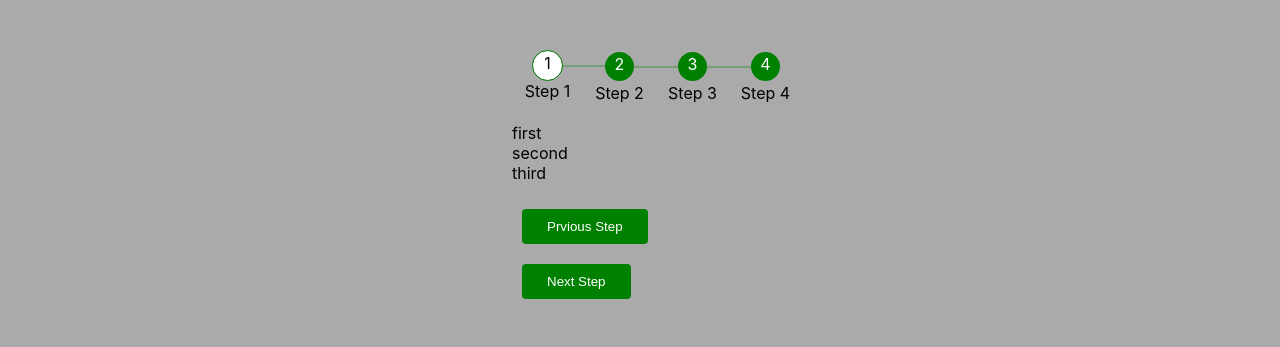
Repository: SD-Mdouka/project_step
Page: /
These files come from the project's save history. The page is drawn as it stood at one moment and after the next save; the edit follows.
The browser window is 1280 px wide. The pictures show the whole page.
The project was rebuilt for these pictures with package versions that can differ from the ones it lists, and the page was loaded fresh each time.

Above is the page before, as saved 2022-09-05 15:20:42.

### src/index.js
import React from "react";
import ReactDOM from "react-dom/client";
import "./index.css";
import App from "./Steps";
// import { AppBar, Toolbar, Typography } from "@material-ui/core";

const root = ReactDOM.createRoot(document.getElementById("root"));
root.render(
  <React.StrictMode>
    {/* <AppBar>
      <Toolbar>
        <Typography varient="h6">React app</Typography>
      </Toolbar>
    </AppBar> */}
    <App />
  </React.StrictMode>
);

### src/index.css
body {
    background-color: #aaa;
    margin: 0;
    font-family: -apple-system, BlinkMacSystemFont, "Segoe UI", "Roboto", "Oxygen", "Ubuntu", "Cantarell", "Fira Sans", "Droid Sans", "Helvetica Neue", sans-serif;
    -webkit-font-smoothing: antialiased;
    -moz-osx-font-smoothing: grayscale;
}

code {
    font-family: source-code-pro, Menlo, Monaco, Consolas, "Courier New", monospace;
}

.App-Project {
    margin-top: 50px;
    margin-inline: 40% !important;
}

.cirecle {
    width: 29px;
    height: 29px;
    line-height: 25px;
    background-color: green;
    color: white;
    border-radius: 50%;
    -webkit-border-radius: 50%;
    -moz-border-radius: 50%;
    -ms-border-radius: 50%;
    -o-border-radius: 50%;
    border: 2px solid transparent;
    text-align: center;
    cursor: pointer;
    background-clip: padding-box;
    -webkit-background-clip: padding-box;
}

.stepsWrapp {
    display: flex;
    margin-bottom: 20px;
    text-align: center;
}

.stepeBlock .circleWrapper {
    padding: 0px 20px;
    position: relative;
}

.selected .cirecle {
    color: black;
    background-color: white;
    border: 1px solid green;
}

.stepeBlock:not(:last-child)>.circleWrapper::after {
    content: "";
    width: 100%;
    height: 2px;
    position: absolute;
    top: 0px;
    bottom: 0px;
    background-color: green;
    margin: auto;
    z-index: -1;
}

.stepeBlock:not(:last-child)>.circleWrapper::after {
    height: 3px;
    opacity: 1;
}

.stepeBlock:not(:last-child).selected>.circleWrapper::after,
.stepeBlock:not(:last-child).selected~.stepeBlock:not(:last-child)>.circleWrapper::after {
    height: 2px;
    opacity: 0.3;
}

.pages {
    margin: 0 40%;
}

.primaryBtn {
    padding: 10px 25px;
    background-color: green;
    border: none;
    margin: 10px;
    color: white;
    border-radius: 4px;
    -webkit-border-radius: 4px;
    -moz-border-radius: 4px;
    -ms-border-radius: 4px;
    -o-border-radius: 4px;
    cursor: pointer;
}

### src/Steps/index.js
import Step from "./Step";
import PageFlex from "./pageFlex";
import React, { useState } from "react";

function App() {
  const labelArray = ["Step 1", "Step 2", "Step 3", "Step 4"];
  const [currentSteps, setCurrentSteps] = useState(1);
  function updateStep(step) {
    setCurrentSteps(step);
  }
  return (
    <div className="App-Project">
      <Step
        labelArray={labelArray}
        currentSteps={currentSteps}
        updateStep={updateStep}
      ></Step>
      <p className="flex-container">
        {" "}
        <PageFlex />
      </p>
      <div>
        <button
          className="primaryBtn"
          onClick={() => updateStep(currentSteps - 1)}
        >
          Prvious Step
        </button>
        <button
          className="primaryBtn"
          onClick={() => updateStep(currentSteps + 1)}
        >
          Next Step
        </button>
      </div>
    </div>
  );
}

export default App;

### src/Steps/Step/index.js
import React, { useState } from "react";
import NavStep from "./NavStep";

const Step = (props) => {
  return (
    <div className="stepsWrapp">
      {props.labelArray.map((item, index) => (
        <NavStep
          key={index}
          index={index}
          label={item}
          updateStep={props.updateStep}
          selected={props.currentSteps === index + 1}
        ></NavStep>
      ))}
    </div>
  );
};
export default Step;

### src/Steps/pageFlex.js
import React from "react";

const PageFlex = () => {
  return (
    <div className="content">
      <div className="item first">first</div>
      <div className="item second">second</div>
      <div className="item third">third</div>
    </div>
  );
};

export default PageFlex;

### src/Steps/Step/NavStep/index.js
import React from "react";

const NavStep = (props) => {
  return (
    <div className={"stepeBlock" + (props.selected ? " selected" : "")}>
      <div
        className="circleWrapper"
        onClick={() => props.updateStep(props.index + 1)}
      >
        <div className="cirecle">{props.index + 1}</div>
      </div>
      <span>{props.label}</span>
    </div>
  );
};
export default NavStep;

### src/App.js
import { Button, Card, Container, TextField, Box } from "@material-ui/core";
import { Field, Formik, Form } from "formik";
import React, { useState } from "react";
import * as Yup from "yup";
import "./App.css";

function App() {
  return (
    <div className="App">
      <Card>
        <Container>
          <Formik
            initialValues={{ name: "", age: 18, description: "" }}
            validationSchema={Yup.object().shape({
              name: Yup.string().required("Name is required"),
              age: Yup.number().required("Age is required").min(18, "only +18"),
              description: Yup.string().min(10),
            })}
            onSubmit={(values, { setSubmitting }) => {
              setTimeout(() => {
                alert(JSON.stringify(values, null, 2));
                setSubmitting(false);
              }, 400);
            }}
          >
            {({
              values,
              errors,
              touched,
              handleChange,
              handleBlur,
              handleSubmit,
              validateField,
              isSubmitting,
              /* and other goodies */
            }) => (
              <Form onSubmit={handleSubmit}>
                <FormStps
                  isSubmitting={isSubmitting}
                  validateField={validateField}
                  errors={errors}
                  touched={touched}
                >
                  <Field
                    type="text"
                    name="name"
                    id="name"
                    onChange={handleChange}
                    onBlur={handleBlur}
                    value={values.name}
                    placeholder="Your Name"
                    component={TextField}
                    error={errors.name ? true : false}
                    helperText={errors.name && errors.name}
                  />

                  <Field
                    type="number"
                    name="age"
                    id="age"
                    onChange={handleChange}
                    onBlur={handleBlur}
                    value={values.age}
                    placeholder="Your age"
                    component={TextField}
                    error={errors.age ? true : false}
                    helperText={errors.age && errors.age}
                  />
                  <Field
                    type="text"
                    name="description"
                    id="description"
                    onChange={handleChange}
                    onBlur={handleBlur}
                    value={values.description}
                    placeholder="Description"
                    component={TextField}
                    error={errors.description ? true : false}
                    helperText={errors.description && errors.description}
                  />
                </FormStps>
              </Form>
            )}
          </Formik>
        </Container>
      </Card>
    </div>
  );
}
const FormStps = (props) => {
  const childrenArr = React.Children.toArray(props.children);
  const [step, setStep] = useState(1);
  const name = childrenArr[step - 1].props.name;
  const isErrors = props.errors[name] ? true : false;
  const isTouched = props.touched[name] ? true : false;
  const isEmpty =
    childrenArr[step - 1].props.value !== " " &&
    !childrenArr[step - 1].props.value
      ? true
      : false;
  const goBack = () => {
    setStep(step - 1);
  };
  const goNext = () => {
    if (isTouched && !isErrors) {
      setStep(step + 1);
    } else if (!isEmpty && !isErrors) {
      setStep(step + 1);
    } else {
      props.validateField(name);
    }
  };
  return (
    <>
      {childrenArr[step - 1]}
      {step > 1 && (
        <Button
          disabled={props.isSubmitting}
          variant="contained"
          color="secondary"
          onClick={goBack}
        >
          Back
        </Button>
      )}
      {step < childrenArr.length && (
        <Button
          disabled={props.isSubmitting}
          variant="contained"
          onClick={goNext}
        >
          Next
        </Button>
      )}
      <br />
      {step === childrenArr.length && (
        <Button
          type="submit"
          disabled={props.isSubmitting}
          variant="contained"
          color="primary"
        >
          Submit
        </Button>
      )}
    </>
  );
};
export default App;

Loaded but not shown: public/index.html (common file); src/App.css (common file)

After the next save:
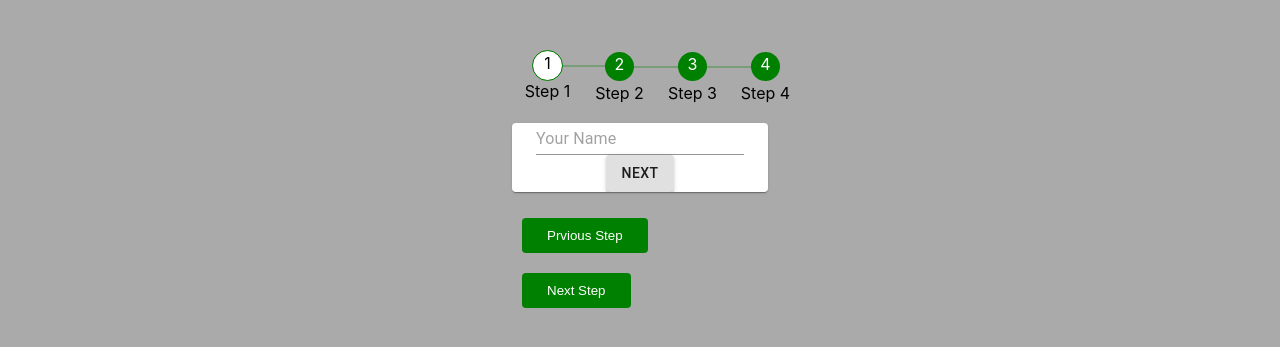
Saved 75 s later.
--- a/src/Steps/index.js
+++ b/src/Steps/index.js
@@ -1,5 +1,5 @@
 import Step from "./Step";
-import PageFlex from "./pageFlex";
+import PageFlex from "../App";
 import React, { useState } from "react";
 
 function App() {
